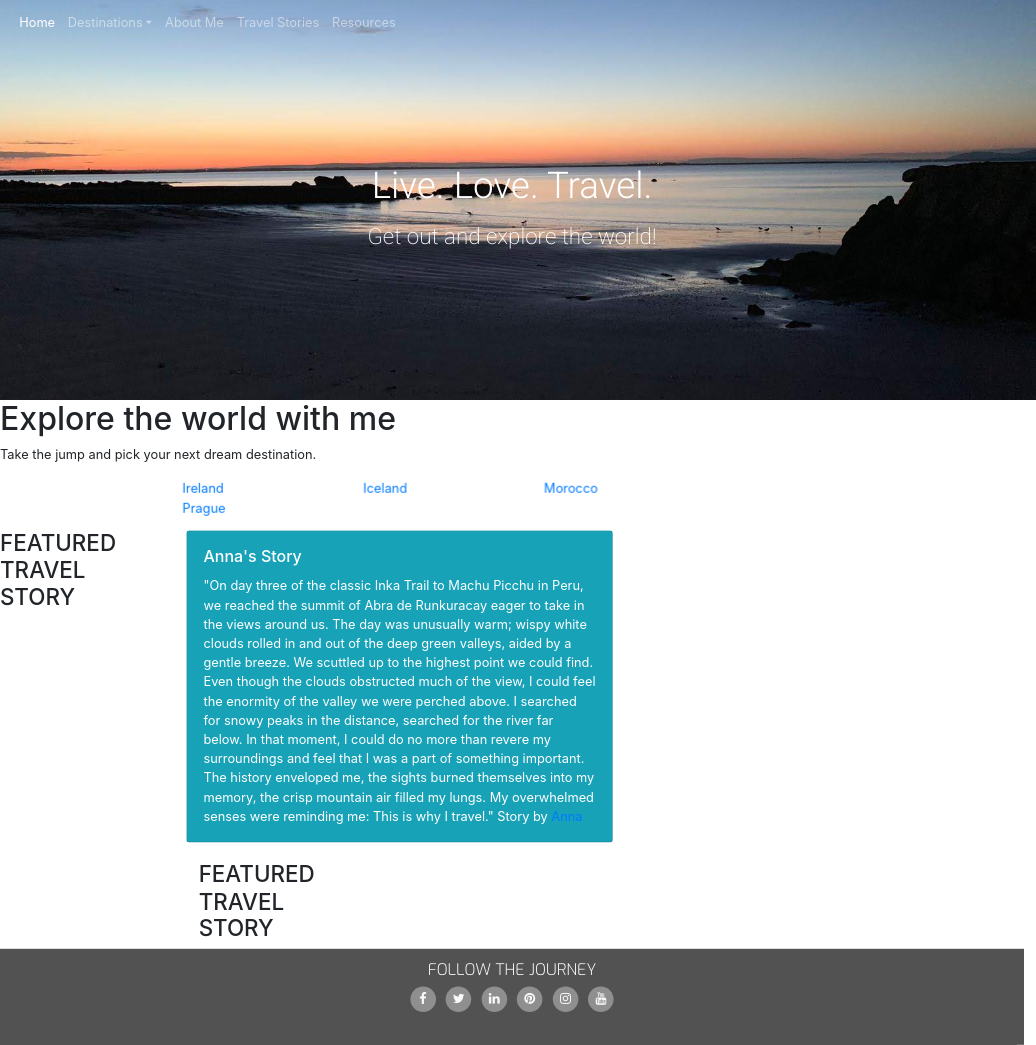
Repository: lhynes/User-Centric-Frontend-Development-Milestone-Project
Page: index.html
The author's editor kept a record of every edit. The page is drawn from the files as they stood at one moment, then again after the next edit.
The browser window is 1280 px wide. The page is 1295 px wide, so the pictures cover 1295 px, including what lies to the right of the window. The pictures show the whole page, at 80% of full size.
Some web libraries are served in a nearby version.

Above is the page before.

After the next edit:
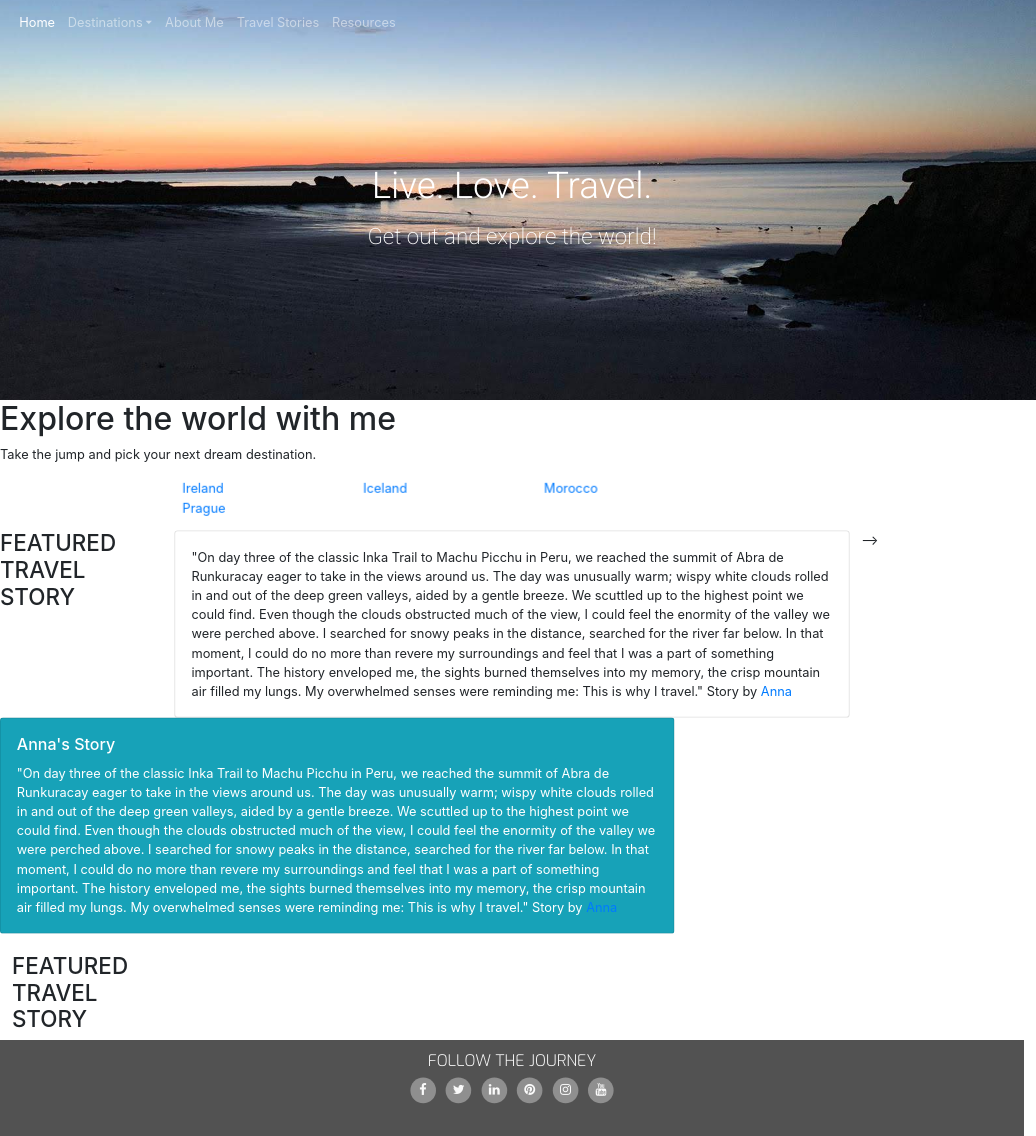
The edit:
--- a/index.html
+++ b/index.html
@@ -149,7 +149,7 @@
             <div class="col-md-8 section-column">
                 <div class="row">
                     <div class="col">
-                        <!--<div class="card">
+                       <div class="card">
                             <div class="card-body"> "On day three of the classic Inka Trail to Machu Picchu in Peru, we reached the summit of Abra de Runkuracay eager to take in the views around us. The day was unusually warm; wispy white clouds rolled in and out of the deep
                                 green valleys, aided by a gentle breeze. We scuttled up to the highest point we could find. Even though the clouds obstructed much of the view, I could feel the enormity of the valley we were perched above. I searched for
                                 snowy peaks in the distance, searched for the river far below. In that moment, I could do no more than revere my surroundings and feel that I was a part of something important. The history enveloped me, the sights burned
